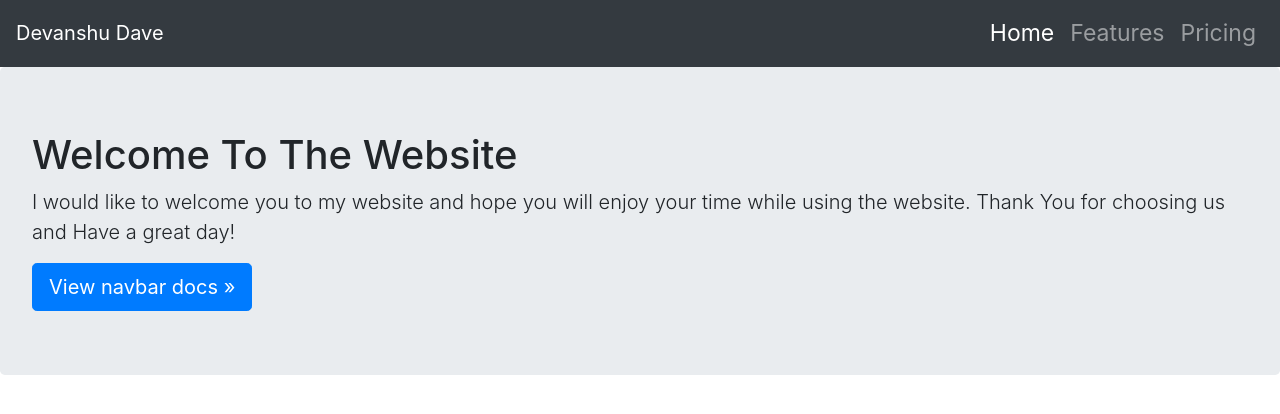
Repository: devanshudave1901/Mobile-Dev-Website
Page: index.html
An editor plug-in stored every save of this project. The page is shown before and after the next save, followed by the edit.
The browser window is 1280 px wide. The pictures show the whole page.
Some web libraries are served in a nearby version.

Above is the page before, as saved 2022-10-04 23:50:43.

### index.html
<!DOCTYPE html>
<html lang="en">
  <head>
    <meta charset="UTF-8" />
    <meta http-equiv="X-UA-Compatible" content="IE=edge" />
    <meta name="viewport" content="width=device-width, initial-scale=1.0" />
    <link
      rel="stylesheet"
      href="https://cdn.jsdelivr.net/npm/bootstrap@4.0.0/dist/css/bootstrap.min.css"
      integrity="sha384-Gn5384xqQ1aoWXA+058RXPxPg6fy4IWvTNh0E263XmFcJlSAwiGgFAW/dAiS6JXm"
      crossorigin="anonymous"
    />
    <style>
      .navbar-nav {
        margin-left: auto;
        font-size: 23px;
      }
    </style>
    <title>Mobile Development - Lab 2</title>
  </head>
  <body>
    <nav class="navbar sticky-top navbar-expand-lg navbar-dark bg-dark">
      <a class="navbar-brand" href="#">Devanshu Dave</a>
      <button
        class="navbar-toggler"
        type="button"
        data-toggle="collapse"
        data-target="#navbarNavDropdown"
        aria-controls="navbarNavDropdown"
        aria-expanded="false"
        aria-label="Toggle navigation"
      >
        <span class="navbar-toggler-icon"></span>
      </button>
      <div class="collapse navbar-collapse" id="navbarNavDropdown">
        <ul class="navbar-nav" mr-auto>
          <li class="nav-item active">
            <a class="nav-link" href="#"
              >Home <span class="sr-only">(current)</span></a
            >
          </li>
          <li class="nav-item">
            <a class="nav-link" href="#">Features</a>
          </li>
          <li class="nav-item">
            <a class="nav-link" href="#">Pricing</a>
          </li>
        </ul>
      </div>
    </nav>
    <div class="jumbotron">
      <h1>Welcome To The Website</h1>
      <p class="lead">
        I would like to welcome you to my website and hope you will enjoy your
        time while using the website. Thank You for choosing us and Have a great
        day!
      </p>
      <a
        class="btn btn-lg btn-primary"
        href="../../components/navbar/"
        role="button"
        >View navbar docs &raquo;</a
      >
    </div>
    <script
      src="https://code.jquery.com/jquery-3.2.1.slim.min.js"
      integrity="sha384-KJ3o2DKtIkvYIK3UENzmM7KCkRr/rE9/Qpg6aAZGJwFDMVNA/GpGFF93hXpG5KkN"
      crossorigin="anonymous"
    ></script>
    <script
      src="https://cdn.jsdelivr.net/npm/popper.js@1.12.9/dist/umd/popper.min.js"
      integrity="sha384-ApNbgh9B+Y1QKtv3Rn7W3mgPxhU9K/ScQsAP7hUibX39j7fakFPskvXusvfa0b4Q"
      crossorigin="anonymous"
    ></script>
    <script
      src="https://cdn.jsdelivr.net/npm/bootstrap@4.0.0/dist/js/bootstrap.min.js"
      integrity="sha384-JZR6Spejh4U02d8jOt6vLEHfe/JQGiRRSQQxSfFWpi1MquVdAyjUar5+76PVCmYl"
      crossorigin="anonymous"
    ></script>
  </body>
</html>

After the next save:
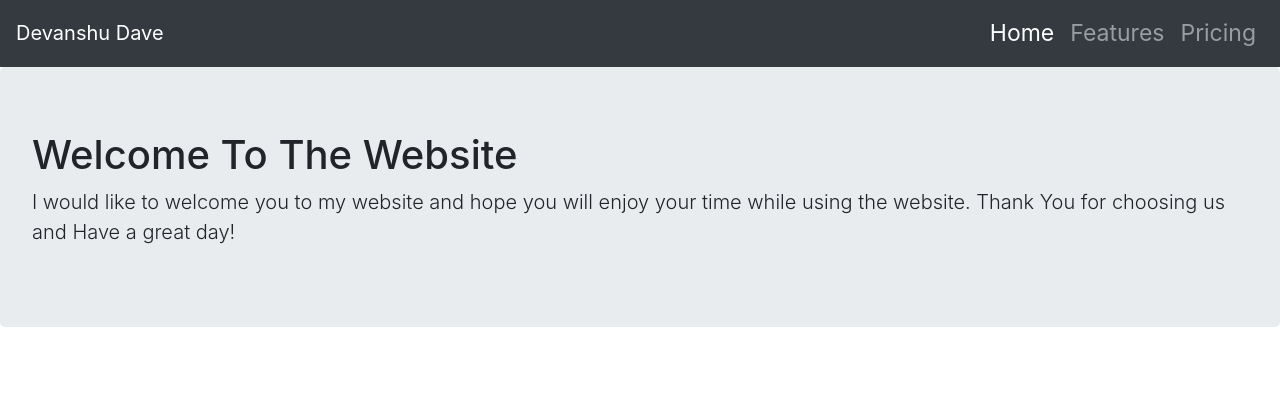
Saved 8 s later.
--- a/index.html
+++ b/index.html
@@ -55,12 +55,6 @@
         time while using the website. Thank You for choosing us and Have a great
         day!
       </p>
-      <a
-        class="btn btn-lg btn-primary"
-        href="../../components/navbar/"
-        role="button"
-        >View navbar docs &raquo;</a
-      >
     </div>
     <script
       src="https://code.jquery.com/jquery-3.2.1.slim.min.js"
